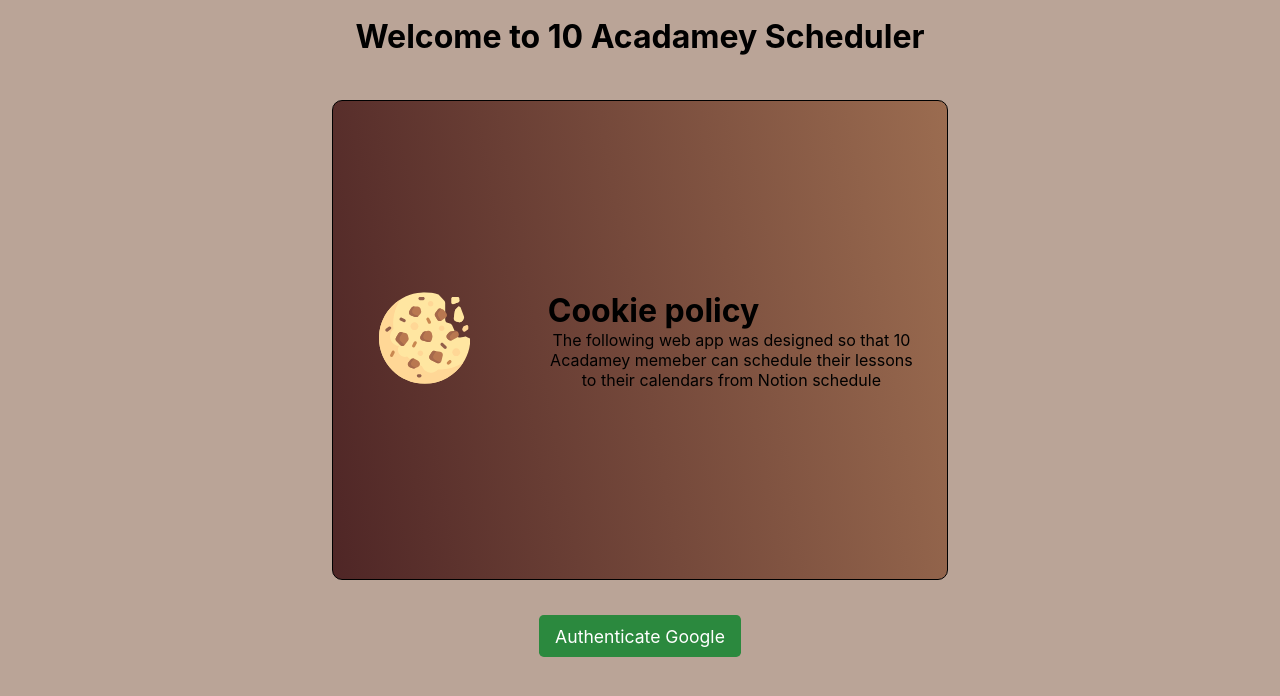
Repository: nebilarega/calendar-extractor
Page: / (app in frontend/)
These files come from the project's save history. The page is drawn as it stood at one moment and after the next save; the edit follows.
The browser window is 1280 px wide. The pictures show the whole page.
The project was rebuilt for these pictures with package versions that can differ from the ones it lists, and the page was loaded fresh each time.

Above is the page before, as saved 2022-08-25 00:05:56.

After the next save:
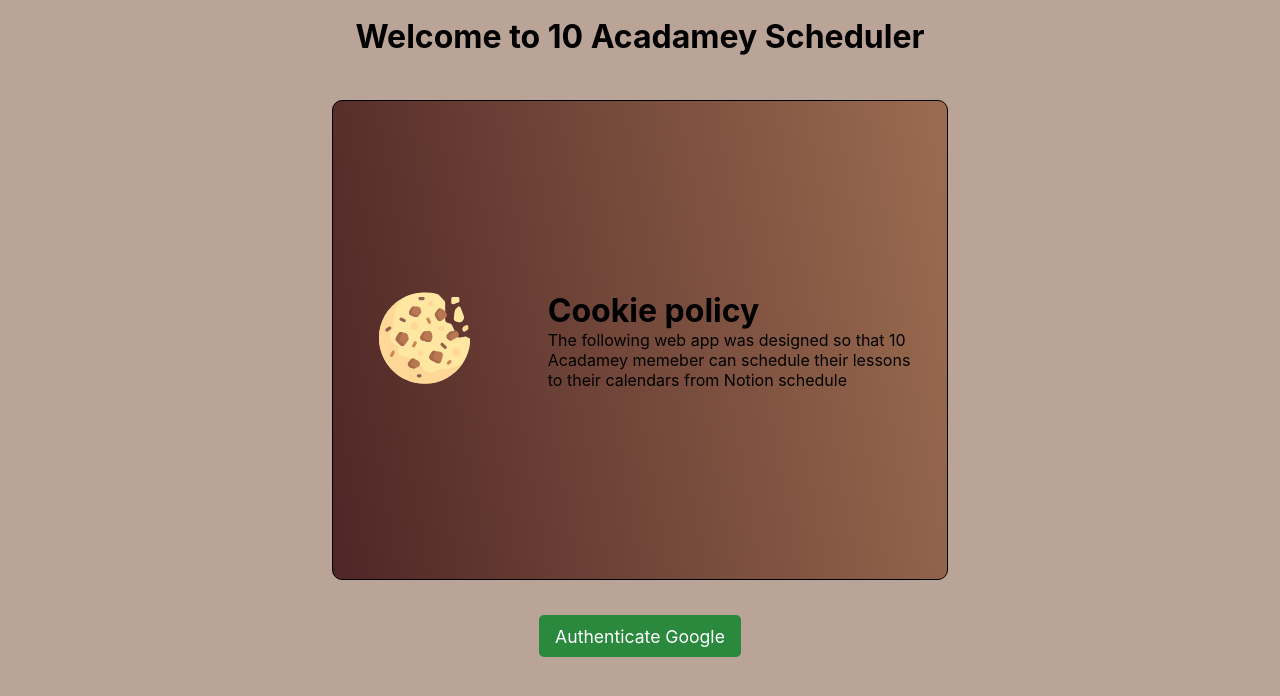
Saved 2 min 11 s later.
--- a/frontend/src/css/landing.css
+++ b/frontend/src/css/landing.css
@@ -122,8 +122,7 @@
   padding: 2rem;
 }
 .text {
-  display: flex;
-  justify-content: flex-start;
+  text-align: left;
 }
 svg {
   width: 50%;
